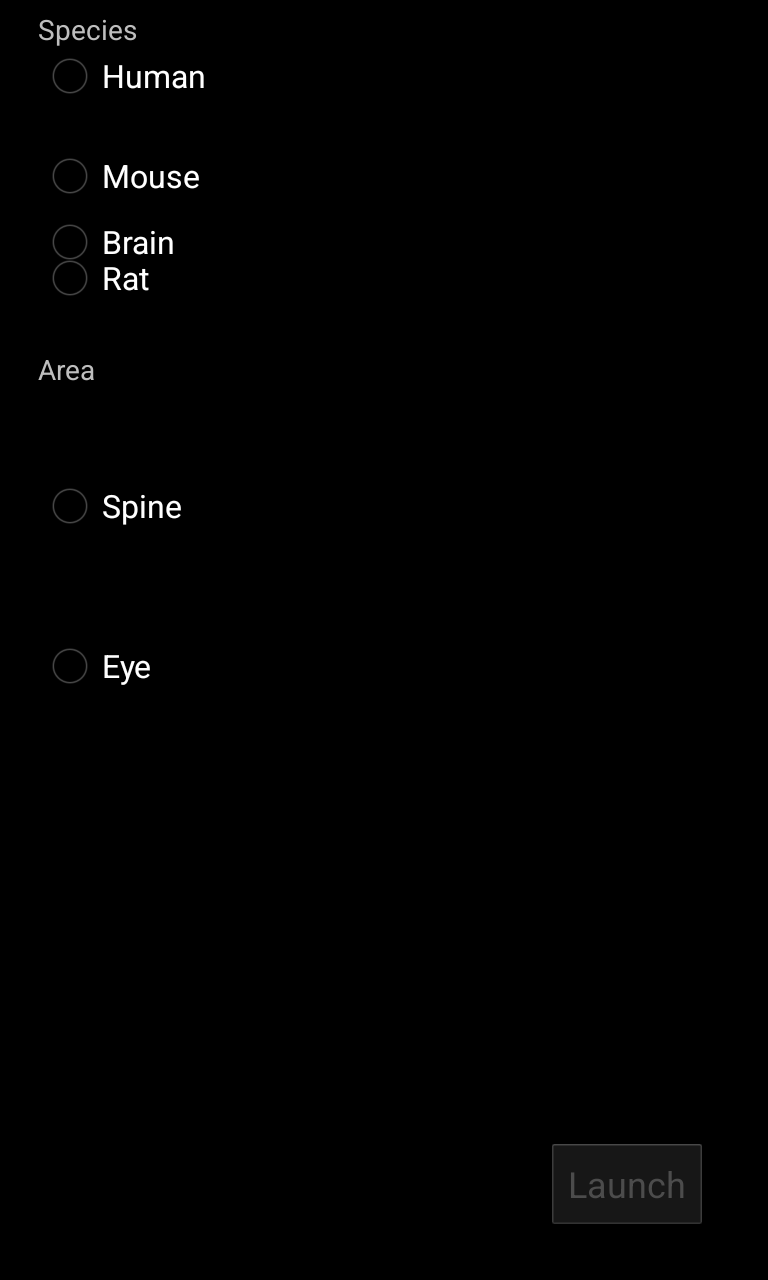
Repository: Ekarg/CSCE315Project3
Layout: Project3/res/layout/activity_main.xml
The author's editor kept a copy of each file at every save. The layout is drawn from the files as they stood at one save, then again after the next save.
It is drawn on a 768 x 1280 px phone screen (xhdpi) without system bars, with theme android:Theme.Holo; the app's code is not run.

Above is the layout before, as saved 2013-11-27 20:04:17.

After the next save:
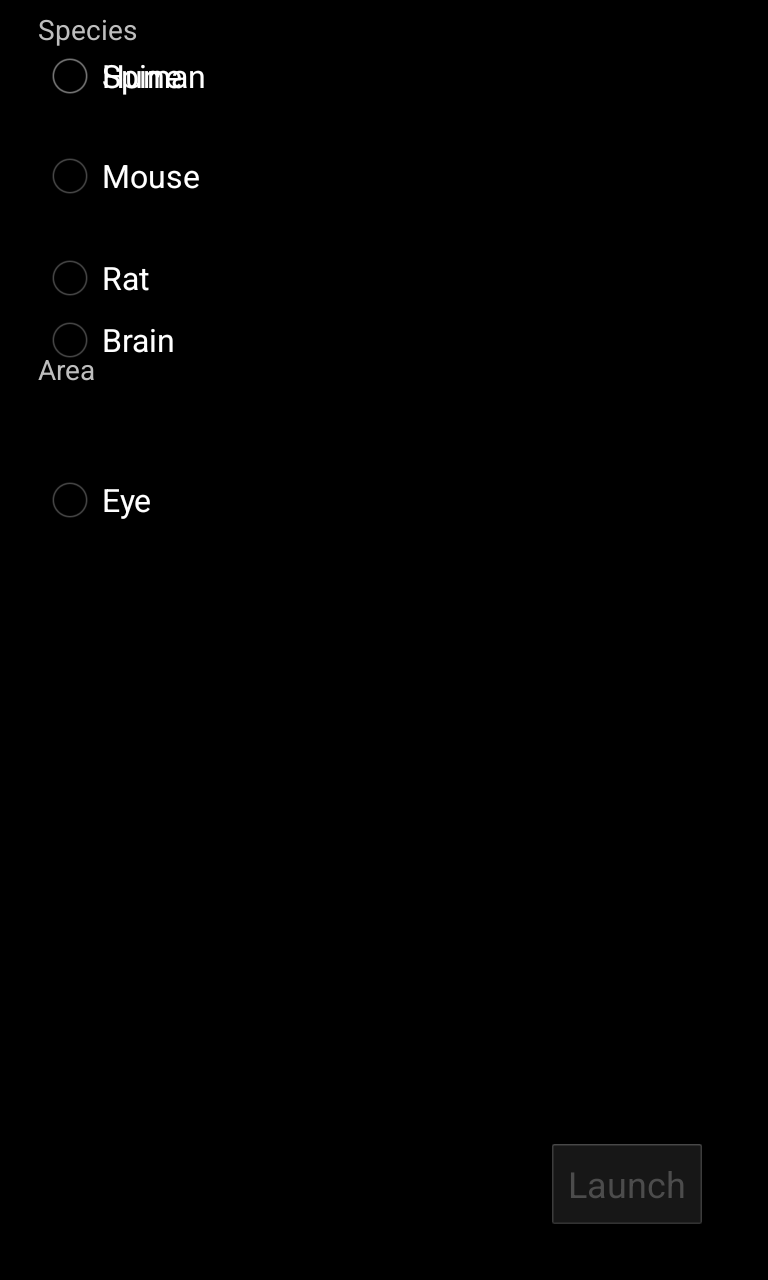
Saved 86 s later.
--- a/Project3/res/layout/activity_main.xml
+++ b/Project3/res/layout/activity_main.xml
@@ -86,6 +86,16 @@
         android:orientation="vertical" >
 
 	    <RadioButton
+	        android:id="@+id/radioButton4"
+	        android:layout_width="wrap_content"
+            android:layout_height="wrap_content"
+            android:layout_marginLeft="14dp"
+            android:checked = "false"
+            android:layout_marginTop="17dp"
+	        android:onClick="onRadioButtonClicked"
+	        android:text="@string/spine" />
+
+	    <RadioButton
 	        android:id="@+id/radioButton5"
 	        android:layout_width="wrap_content"
 	        android:layout_height="wrap_content"
@@ -94,16 +104,6 @@
 	        android:checked="false"
 	        android:onClick="onRadioButtonClicked"
 	        android:text="@string/brain" />
-
-	    <RadioButton
-	        android:id="@+id/radioButton4"
-	        android:layout_width="wrap_content"
-	        android:layout_height="wrap_content"
-	        android:layout_marginLeft="14dp"
-	        android:layout_marginTop="100dp"
-	        android:checked="false"
-	        android:onClick="onRadioButtonClicked"
-	        android:text="@string/spine" />
 
 	     <RadioButton
          android:id="@+id/radioButton6"
